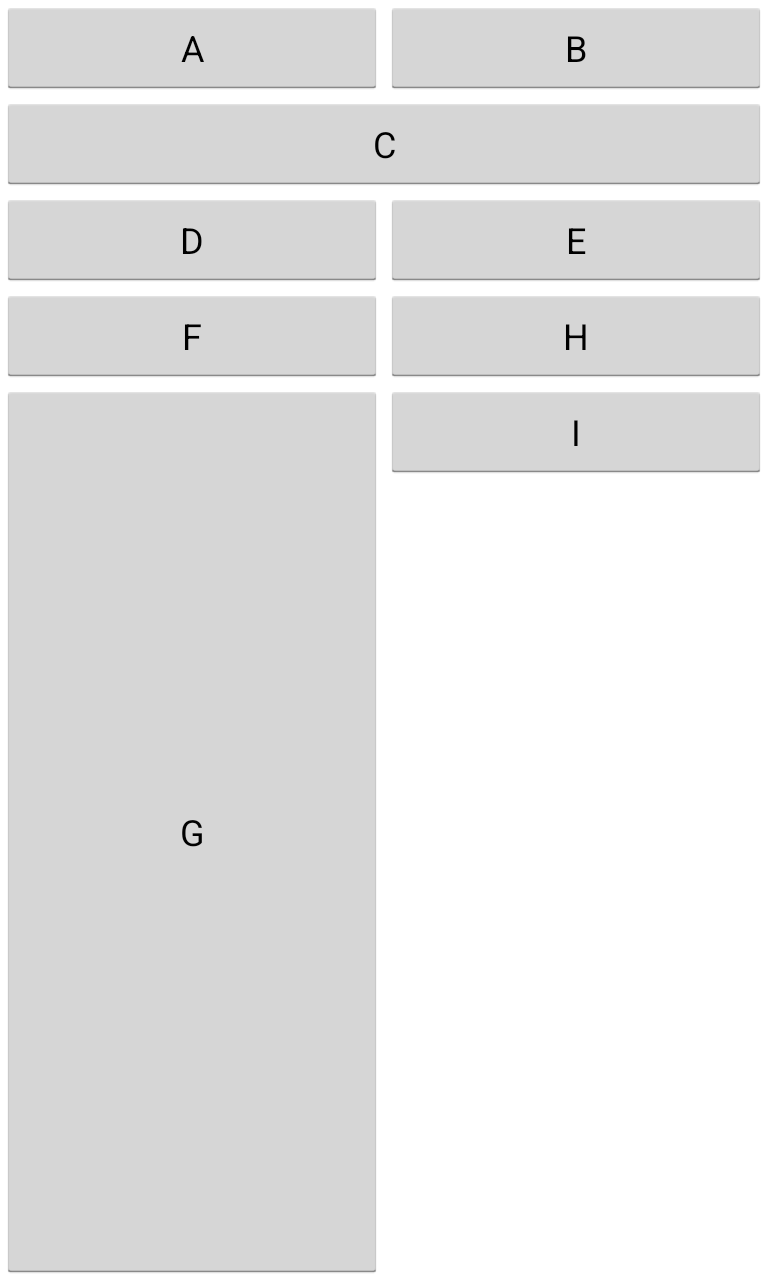
Repository: iracom/ejercicios-android
Layout: Layouts/res/layout/activity_relative.xml
The author's editor kept a copy of each file at every save. The layout is drawn from the files as they stood at one save, then again after the next save.
It is drawn on a 768 x 1280 px phone screen (xhdpi) without system bars, with theme AppTheme; the app's code is not run.

Above is the layout before, as saved 2014-05-07 07:57:02.

After the next save:
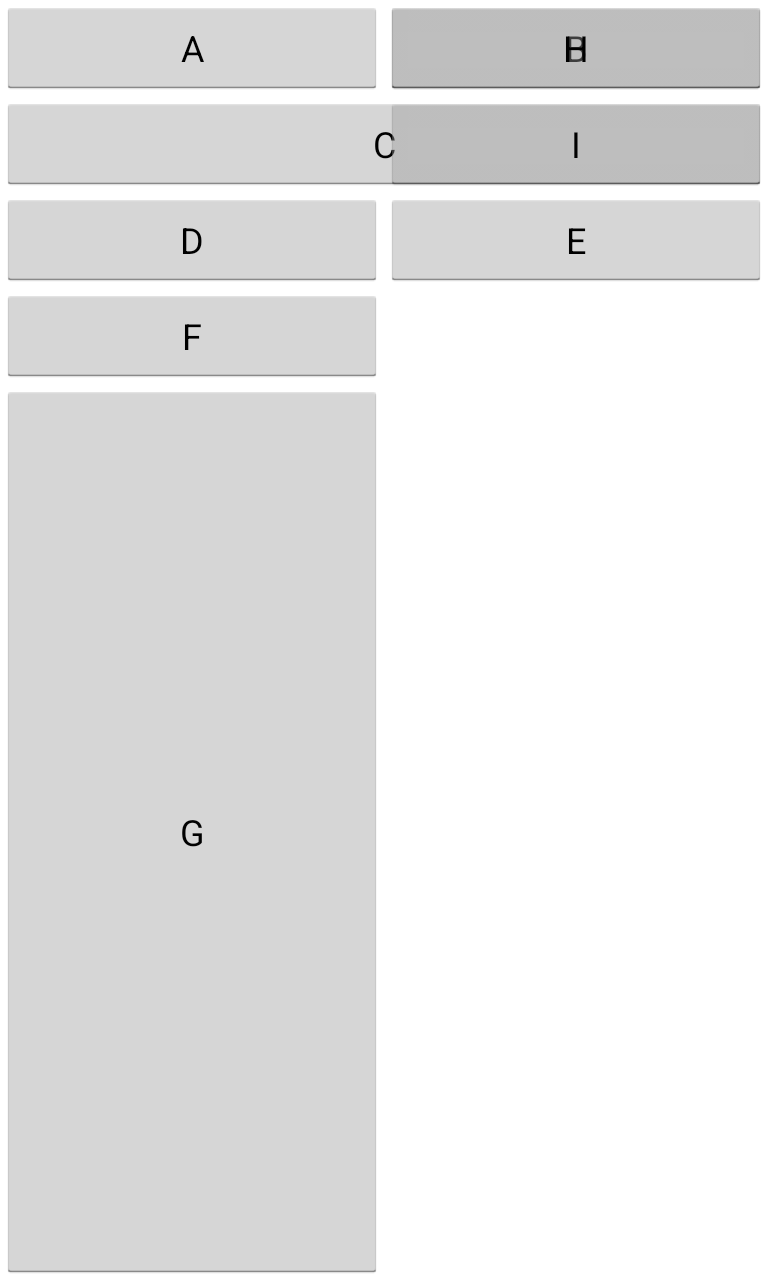
Saved 51 s later.
--- a/Layouts/res/layout/activity_relative.xml
+++ b/Layouts/res/layout/activity_relative.xml
@@ -92,7 +92,6 @@
         android:id="@+id/button8"
         android:layout_width="wrap_content"
         android:layout_height="wrap_content"
-        android:layout_alignBaseline="@+id/button6"
         android:layout_alignParentRight="true"
         android:layout_alignLeft="@id/textView3"
         android:text="@string/button_h" />

After the save that followed:
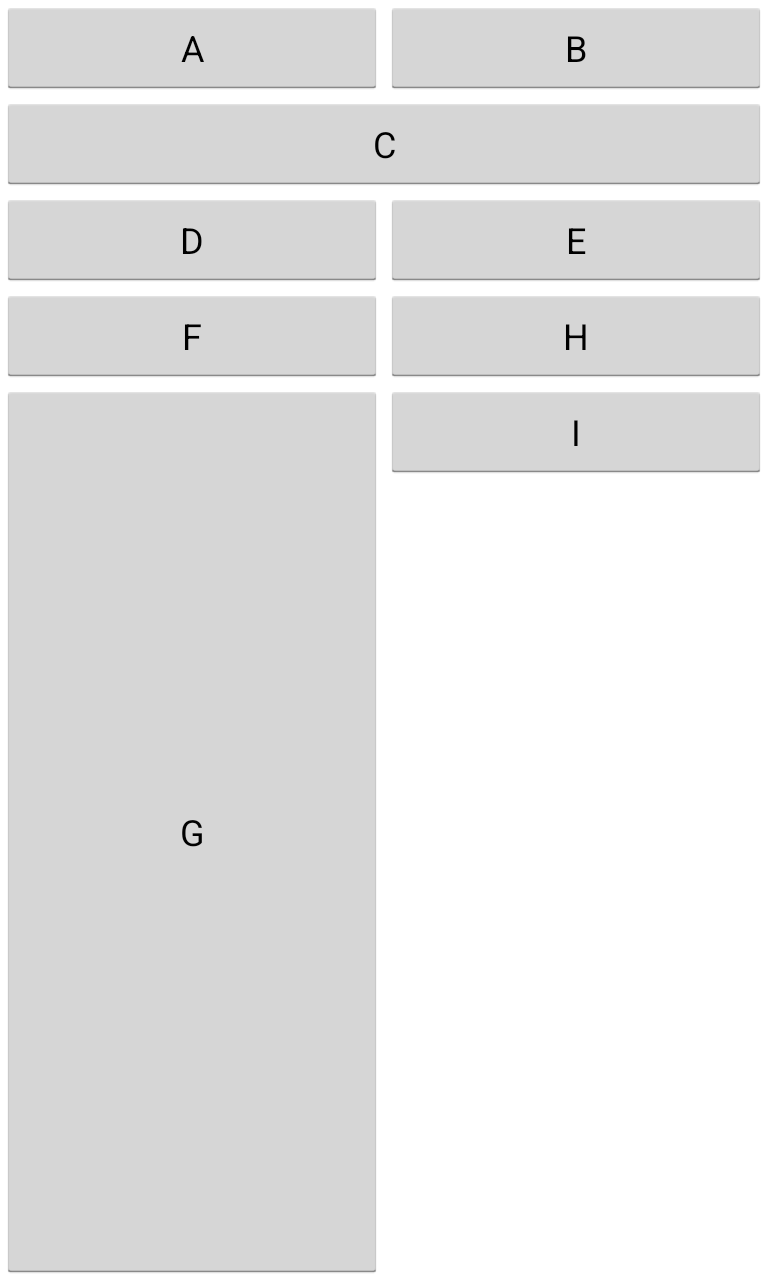
Saved 42 s later.
--- a/Layouts/res/layout/activity_relative.xml
+++ b/Layouts/res/layout/activity_relative.xml
@@ -94,6 +94,7 @@
         android:layout_height="wrap_content"
         android:layout_alignParentRight="true"
         android:layout_alignLeft="@id/textView3"
+        android:layout_below="@id/button5"
         android:text="@string/button_h" />
 
     <Button
